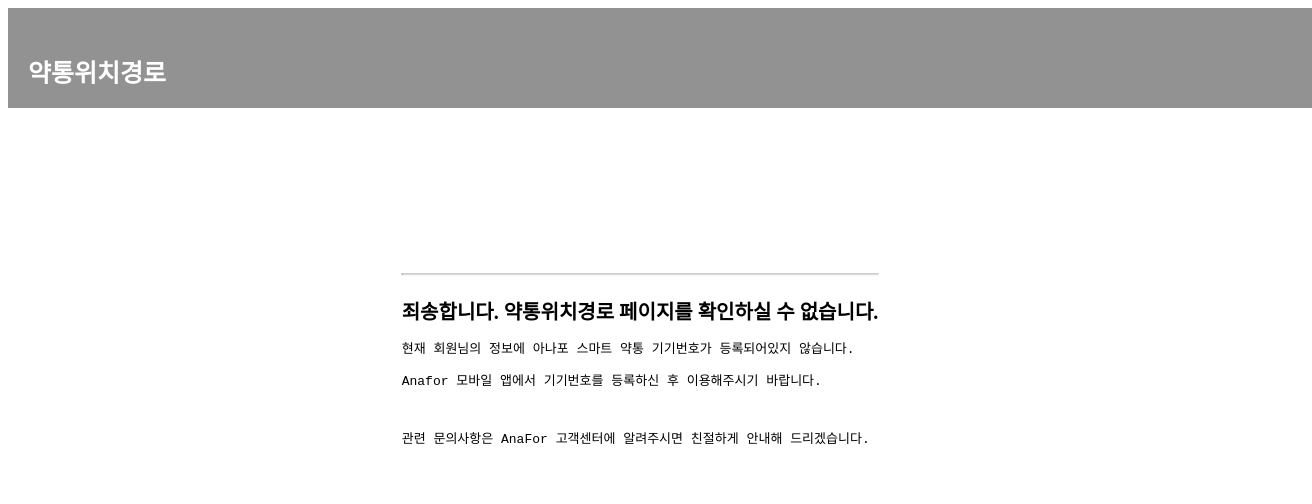
Repository: euzny/Spring-Website
Page: http://localhost/anafor/WEB-INF/views/my_info/notAccept.jsp
An editor plug-in stored every save of this project. The page is shown before and after the next save, followed by the edit.
The browser window is 1280 px wide. The page is 1312 px wide, so the pictures cover 1312 px, including what lies to the right of the window. The pictures show the whole page.
The page is served by Tomcat 9. Nobody is signed in. Other server files are loaded and not shown. The template is opened directly, without the code that normally fills it, so the values that code supplies are empty.

Above is the page before, as saved 2022-06-23 02:40:41.

### Workspace/anafor/src/main/webapp/WEB-INF/views/my_info/notAccept.jsp
<%@ page language="java" contentType="text/html; charset=UTF-8"
    pageEncoding="UTF-8"%>
<!DOCTYPE html>
<html>
<head>
<meta charset="UTF-8">
<title>Insert title here</title>
<style>
 	#header {
	   width:100%;
	   height:60px;
	   padding: 20px;
	   background-color:#929292;
	   border-bottom: 1px solid white;
	}
	#header h3{
	   font-size: 25px;
	   font-weight: bold;
	   text-align: left;
	   color: white;
	}

	#notice{
		position: absolute; left: 50%; top: 50%;
		transform:translate(-50%, -50%);
	}
	#notice h3{
	   font-size: 20px;
	   font-weight:600;
	   margin-bottom:10px;
	   text-align:left;
	}
	#notice pre{
		margin-bottom:8px;
		 text-align:left;
	}

   	</style>
</head>
<body>
<div id="header">
  	<h3>약통위치경로</h3>
</div>
<div id="notice">
	<hr>
	<h3>죄송합니다. 약통위치경로 페이지를 확인하실 수 없습니다.</h3>
		<pre>현재 회원님의 정보에 아나포 스마트 약통 기기번호가 등록되어있지 않습니다.</pre>
		<pre>Anafor 모바일 앱에서 기기번호를 등록하신 후 이용해주시기 바랍니다.</pre>
		<br>
		<pre>관련 문의사항은 AnaFor 고객센터에 알려주시면 친절하게 안내해 드리겠습니다.</pre>
</div>
</body>
</html>

After the next save:
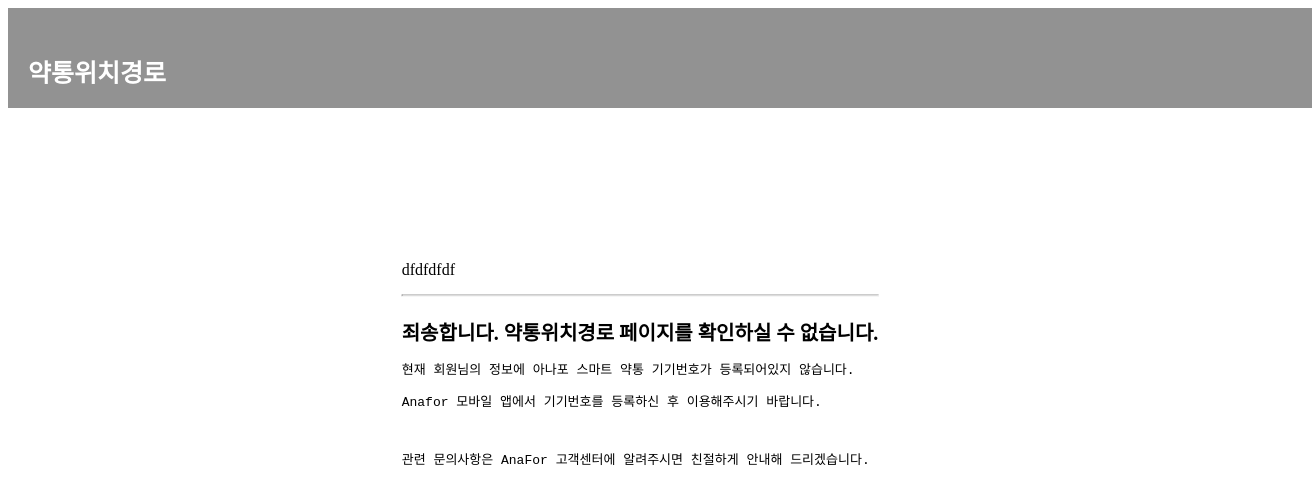
Saved 4 s later.
--- a/Workspace/anafor/src/main/webapp/WEB-INF/views/my_info/notAccept.jsp
+++ b/Workspace/anafor/src/main/webapp/WEB-INF/views/my_info/notAccept.jsp
@@ -42,6 +42,7 @@
   	<h3>약통위치경로</h3>
 </div>
 <div id="notice">
+<p>dfdfdfdf</p>
 	<hr>
 	<h3>죄송합니다. 약통위치경로 페이지를 확인하실 수 없습니다.</h3>
 		<pre>현재 회원님의 정보에 아나포 스마트 약통 기기번호가 등록되어있지 않습니다.</pre>
